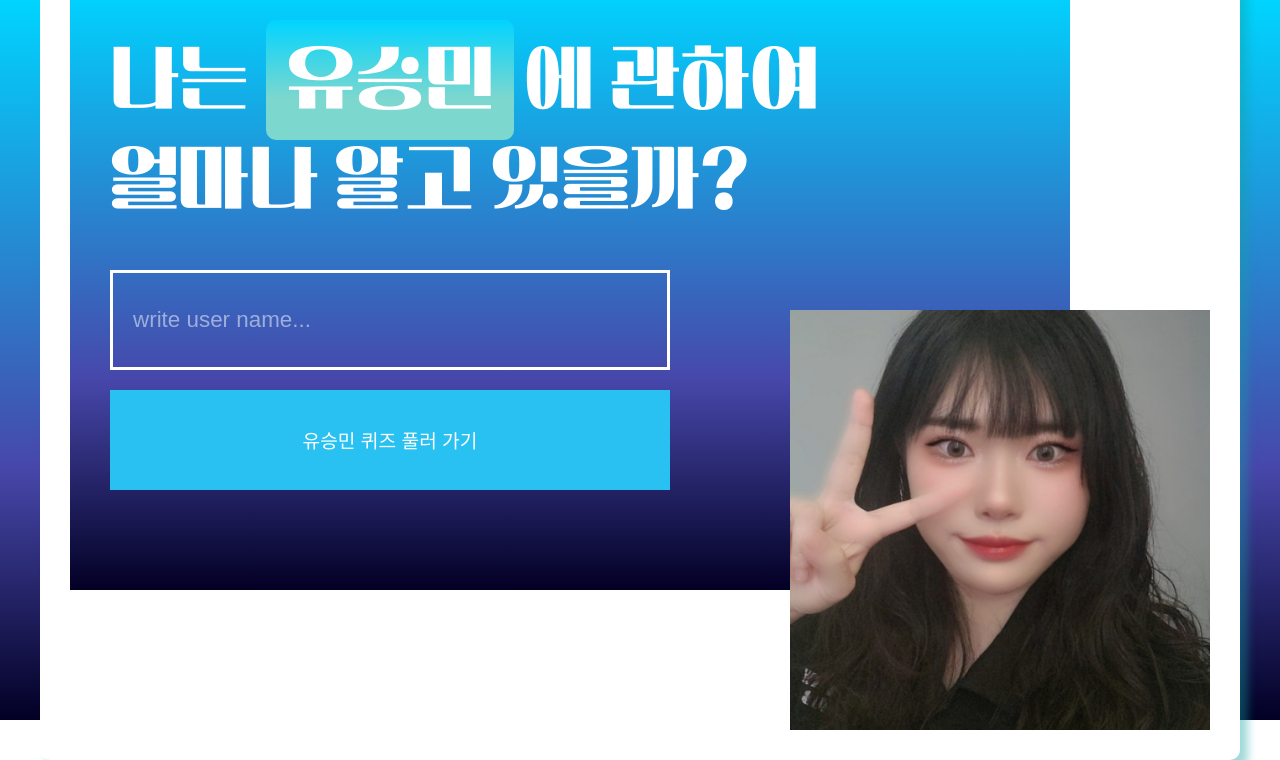
Repository: dnjfht/quiz3
Page: /
The author's editor kept a copy of each file at every save. The page is drawn from the files as they stood at one save, then again after the next save.
The browser window is 1280 px wide. The pictures show the whole page.
The project was rebuilt for these pictures with package versions that can differ from the ones it lists, and the page was loaded fresh each time. Also part of the build but not shown: src/components/Progress.js, src/components/Quiz.js, src/components/Score.js, src/components/Message.js, src/components/Ranking.js, src/components/NotPage.js.

Above is the page before, as saved 2023-04-15 23:15:18.

After the next save:
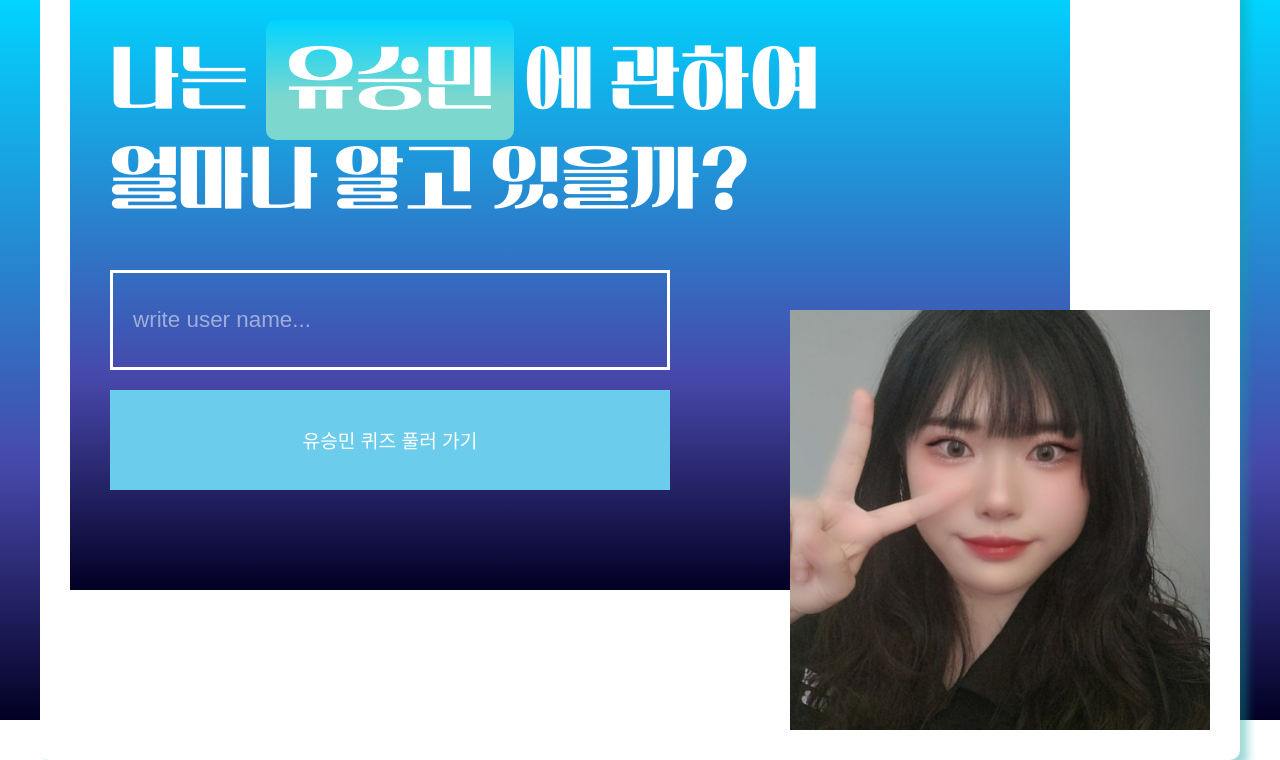
Saved 87 s later.
--- a/src/components/Start.js
+++ b/src/components/Start.js
@@ -82,7 +82,7 @@ const Button = styled.button`
   width: 560px;
   height: 100px;
   margin-top: 20px;
-  background-color: #28c1f2;
+  background-color: #6bccec;
   border: none;
 
   font-size: 1.2rem;
